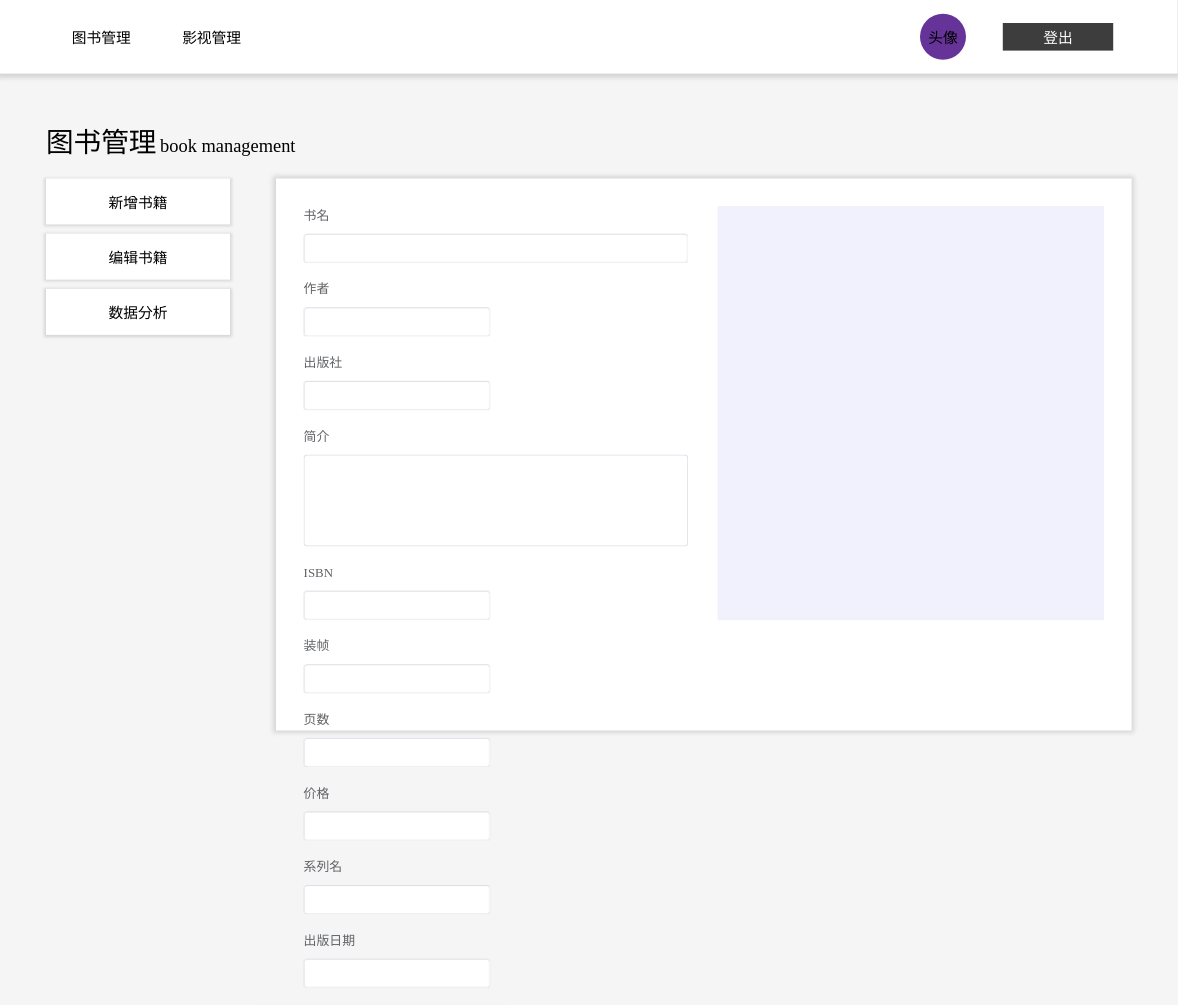
Repository: quanwangniuniu/Oasis-Reading-Platform
Page: /#/admin/books (app in Vue-frontend/)
The author's editor kept a copy of each file at every save. The page is drawn from the files as they stood at one save, then again after the next save.
The browser window is 1280 px wide. The pictures show the whole page, at 92% of full size.
Some web fonts or font styles are not loaded; a fallback is used. The project was rebuilt for these pictures with package versions that can differ from the ones it lists, and the page was loaded fresh each time. Also part of the build but not shown: Vue-frontend/vite.config.js, Vue-frontend/src/components/Test.vue, Vue-frontend/src/components/user/books/BookCard.vue, Vue-frontend/src/components/axios/config.js, Vue-frontend/src/components/axios/api.js, Vue-frontend/src/components/user/books/Books.vue, Vue-frontend/src/components/user/movies/Favourites.vue, Vue-frontend/src/components/user/explore/Explore.vue and 10 more.

Above is the page before, as saved 2023-04-13 16:49:17.

After the next save:
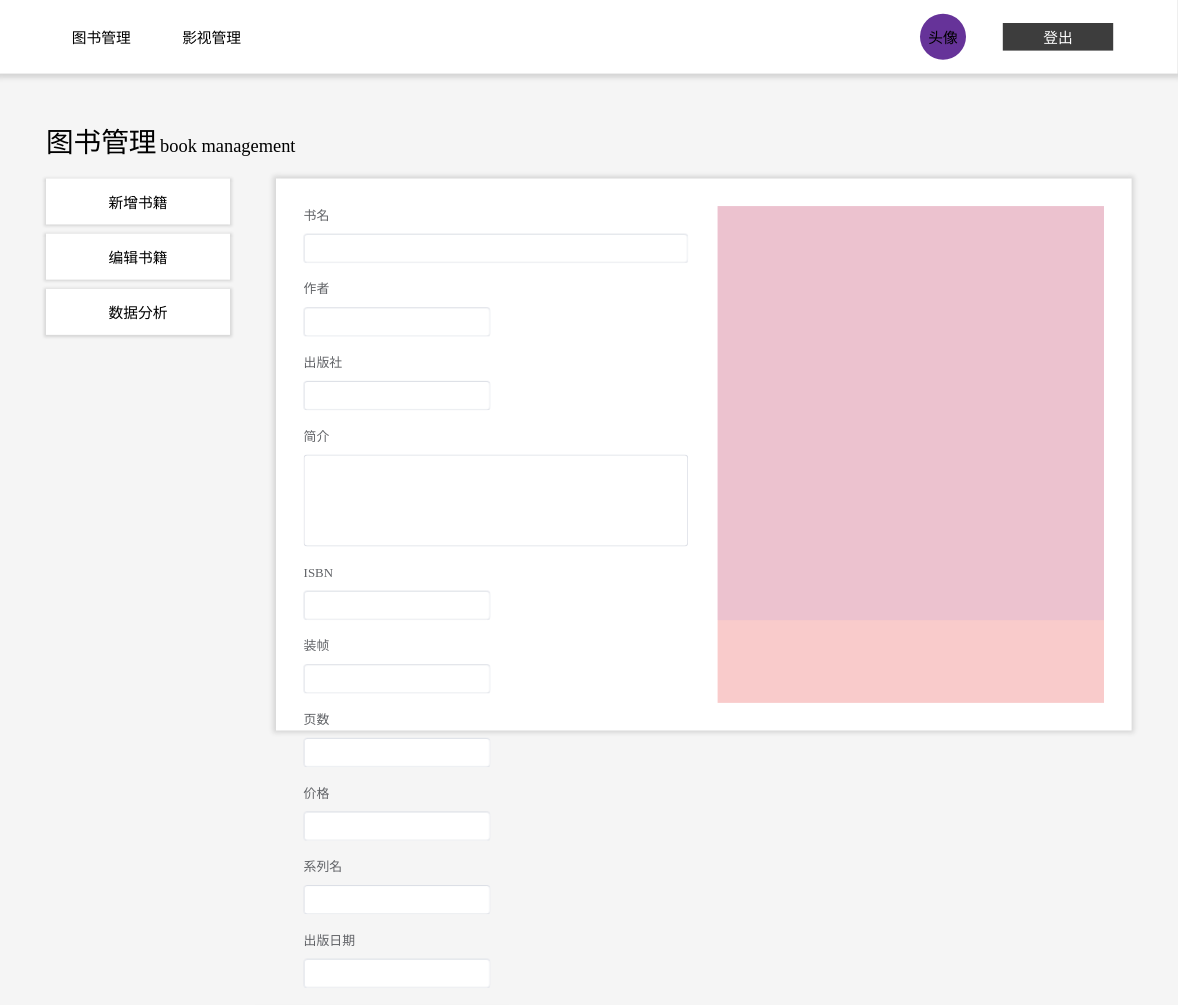
Saved 15 s later.
--- a/Vue-frontend/src/components/admin/bookManagement/BookManagement.vue
+++ b/Vue-frontend/src/components/admin/bookManagement/BookManagement.vue
@@ -121,6 +121,7 @@ const bookItem = ref({
 
 .book-upload{
   flex: 1;
+  background-color: rgb(249, 203, 203);
 }
 
 .img-container{
